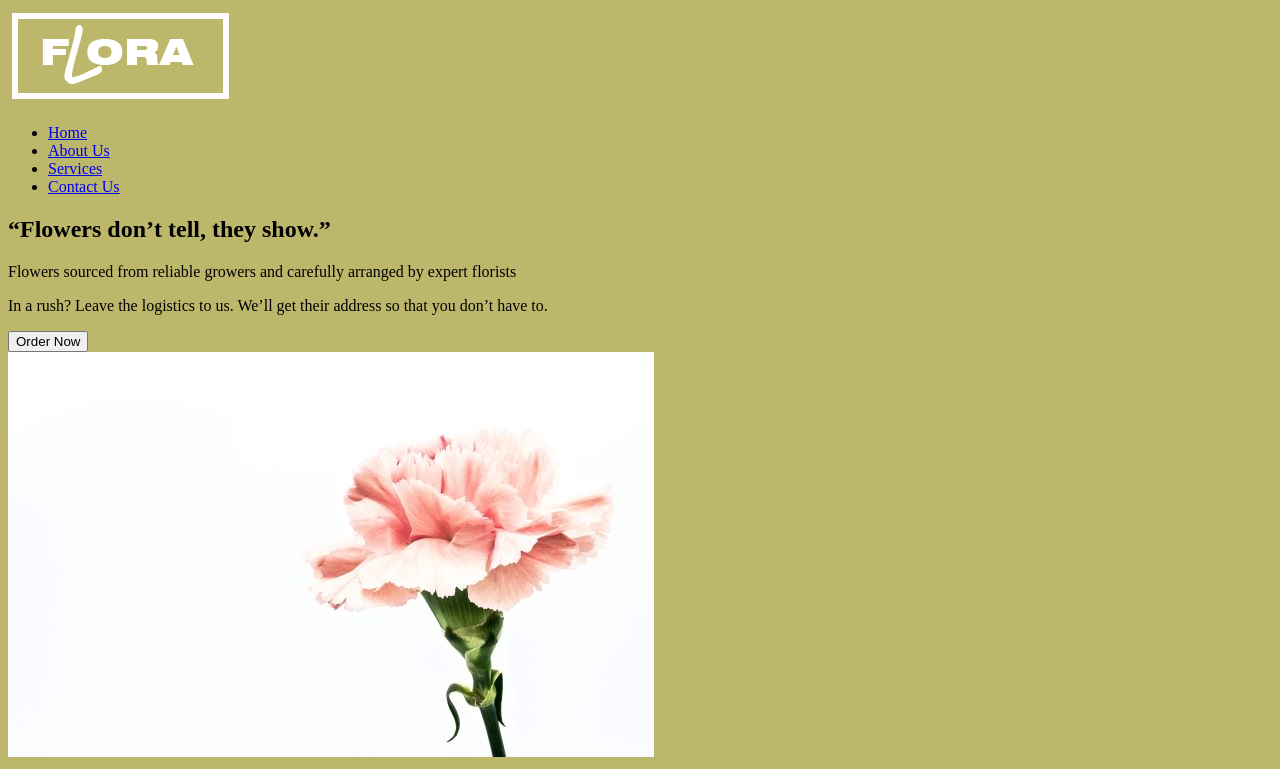
Repository: SaadYasin/test003-flex-box
Page: index.html
These files come from the project's save history. The page is drawn as it stood at one moment and after a run of saves; the edit follows.
The browser window is 1280 px wide. The pictures show the whole page.

Above is the page before, as saved 2022-10-30 14:46:46.

### index.html
<!DOCTYPE html>
<html lang="en">
<head>
  <meta charset="UTF-8">
  <meta http-equiv="X-UA-Compatible" content="IE=edge">
  <meta name="viewport" content="width=device-width, initial-scale=1.0">
  <title>Business Assistant</title>

  <link rel="stylesheet" href="style.css">
</head>
<body>
  <header>
    <div class="header-container">
      <!-- <h1 class="logo">Flora</h1> -->
      <img src="./images/flora-icon.png" alt="">
      <nav>
        <ul>
          <li><a href="#">Home</a></li>
          <li><a href="#">About Us</a></li>
          <li><a href="#">Services</a></li>
          <li><a href="#">Contact Us</a></li>
        </ul>
      </nav>
    </div>
  </header>
  <section class="hero-section">
    <div class="hero-text">
      <h1 class="hero-title">“Flowers don’t tell, they show.”</h1>
      <p class="hero-paragraph">Flowers sourced from reliable growers and carefully arranged by expert florists</p>
      <p class="hero-paragraph">In a rush? Leave the logistics to us. We’ll get their address so that you don’t have to.</p>
      <button type="button" class="coa-btn">Order Now</button>
    </div>
    <div><img src="./images/alesia_flower-small.jpg" alt="" class="hero-img"></div>
  </section>
</body>
</html>

### style.css
body {
  background: darkkhaki;
}

After the next 5 saves:
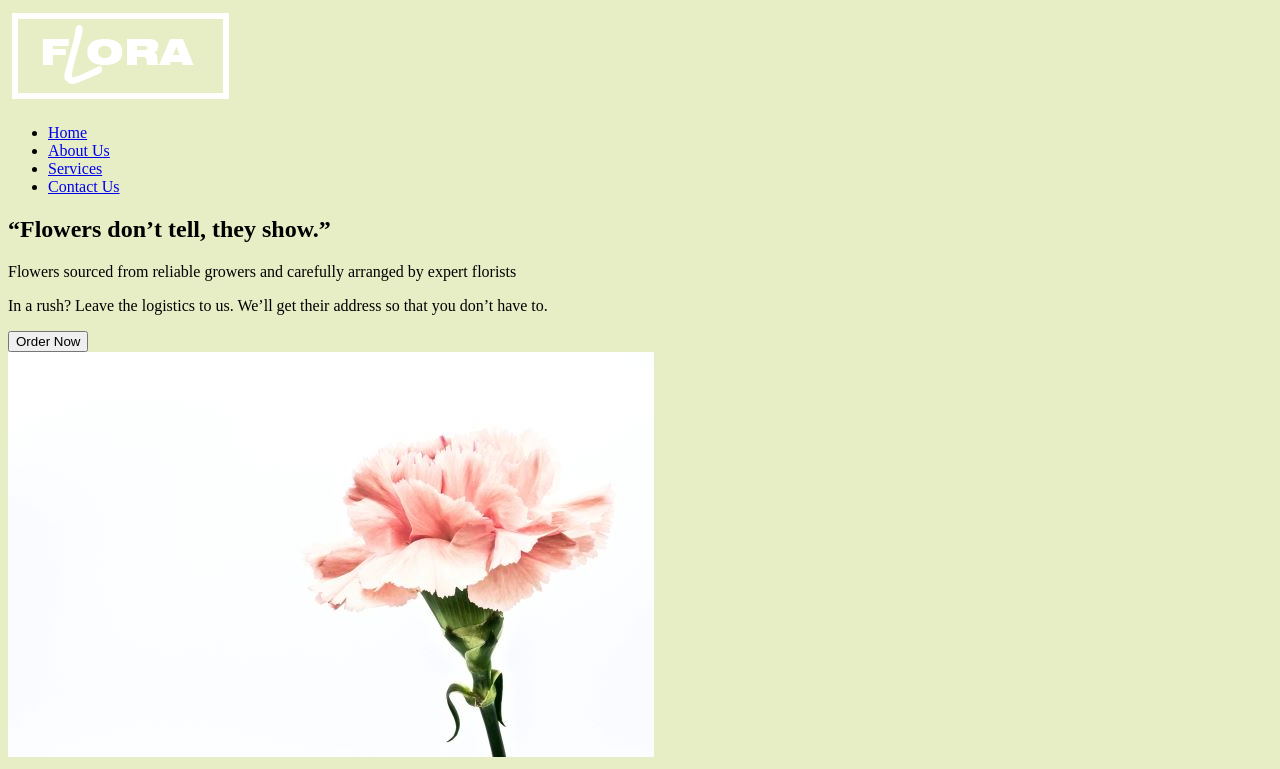
The 5 saves are shown as one change because they came seconds apart.
The last was saved 40 s later.
--- a/style.css
+++ b/style.css
@@ -1,3 +1,3 @@
 body {
-  background: darkkhaki;
+  background: rgb(231, 237, 196);
 }
